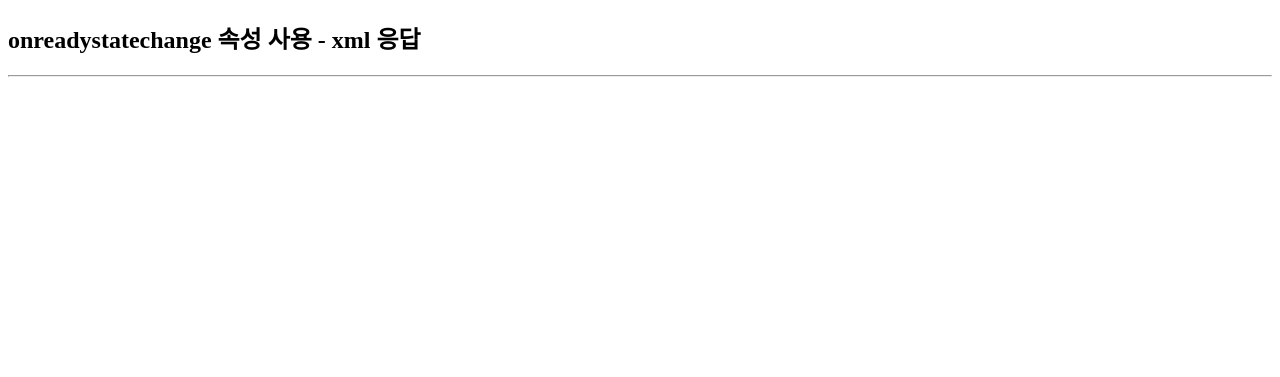
Repository: golddrone7/front
Page: step10_Ajax/src/main/webapp/test6/xmlTest1.html
An editor plug-in stored every save of this project. The page is shown before and after the next save, followed by the edit.
The browser window is 1280 px wide. The pictures show the whole page.

Above is the page before, as saved 2023-02-27 06:04:06.

### step10_Ajax/src/main/webapp/test6/xmlTest1.html
<!DOCTYPE html>
<html>
<head>
<meta charset="UTF-8">
<title>Insert title here</title>
<script type="text/javascript">
	window.onload=function(){
		var xhr = new XMLHttpRequest();

		xhr.onreadystatechange=function(event){
			if(xhr.readyState==XMLHttpRequest.DONE){ // XMLHttpRequest.DONE ==> 4
				if(xhr.status==200){

					//alert(xhr.responseXML);
					var xml=xhr.responseXML;
					var rootE = xml.getElementsByTagName("testxml");
					var output='';
					//alert(rootE[0].childNodes.length);

					for(var i=1; i<rootE[0].childNodes.length;i+=2){
						//alert(rootE[0].childNodes[i].nodeName);
						output+="<h3>"+rootE[0].childNodes[i].firstChild.nodeValue+"</h3>";
					}


				}
			}
		};

		xhr.open('GET', 'sample.xml', true);
		xhr.send();

	};

</script>
</head>
<body>
<h2>onreadystatechange 속성 사용 - xml 응답</h2>

<hr>


</body>
</html>

After the next save:
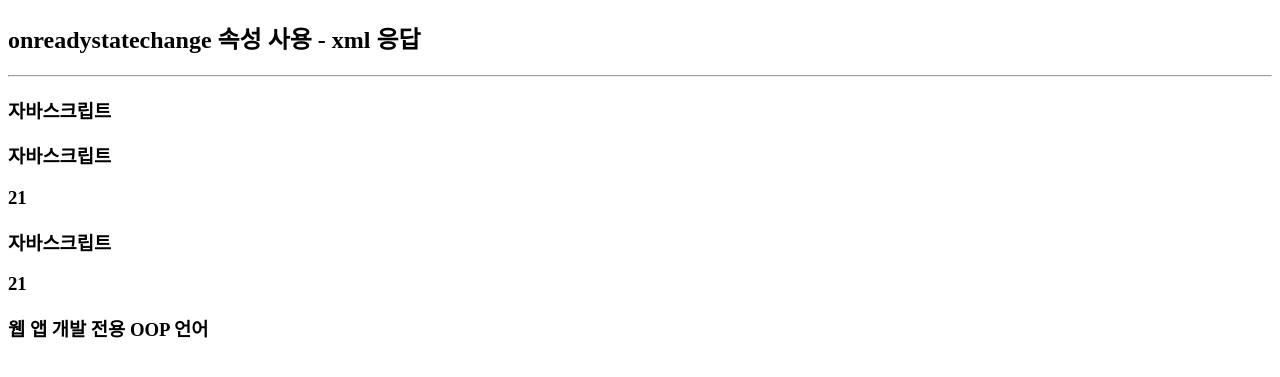
Saved 85 s later.
--- a/step10_Ajax/src/main/webapp/test6/xmlTest1.html
+++ b/step10_Ajax/src/main/webapp/test6/xmlTest1.html
@@ -20,6 +20,7 @@
 					for(var i=1; i<rootE[0].childNodes.length;i+=2){
 						//alert(rootE[0].childNodes[i].nodeName);
 						output+="<h3>"+rootE[0].childNodes[i].firstChild.nodeValue+"</h3>";
+						document.body.innerHTML+=output;
 					}
 
 
